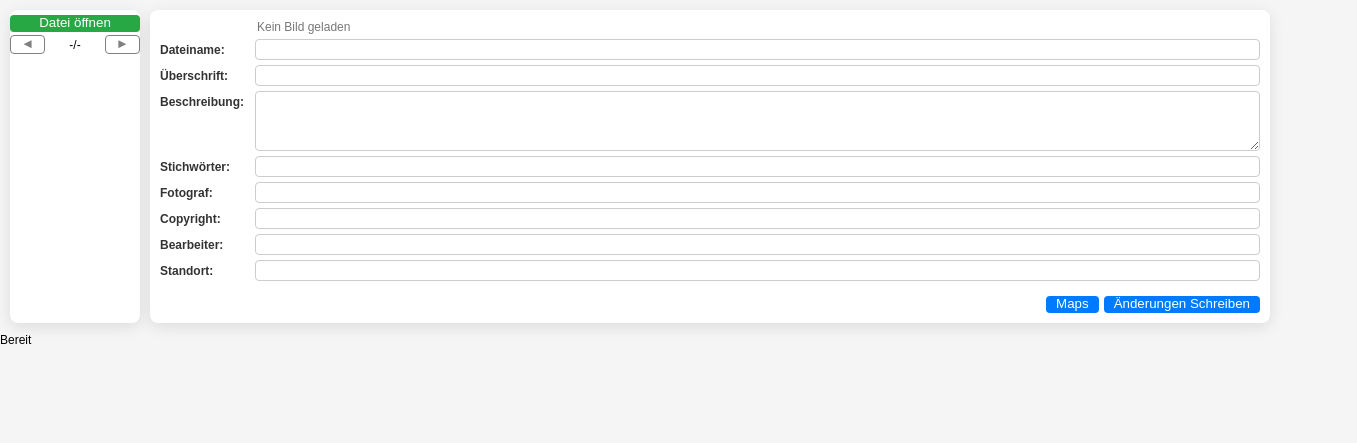
Repository: h-fahle/metadata
Page: ui/index.html
These files come from the project's save history. The page is drawn as it stood at one moment and after the next save; the edit follows.
The browser window is 1280 px wide. The page is 1357 px wide, so the pictures cover 1357 px, including what lies to the right of the window. The pictures show the whole page.

Above is the page before, as saved 2026-08-19 14:32:58.

After the next save:
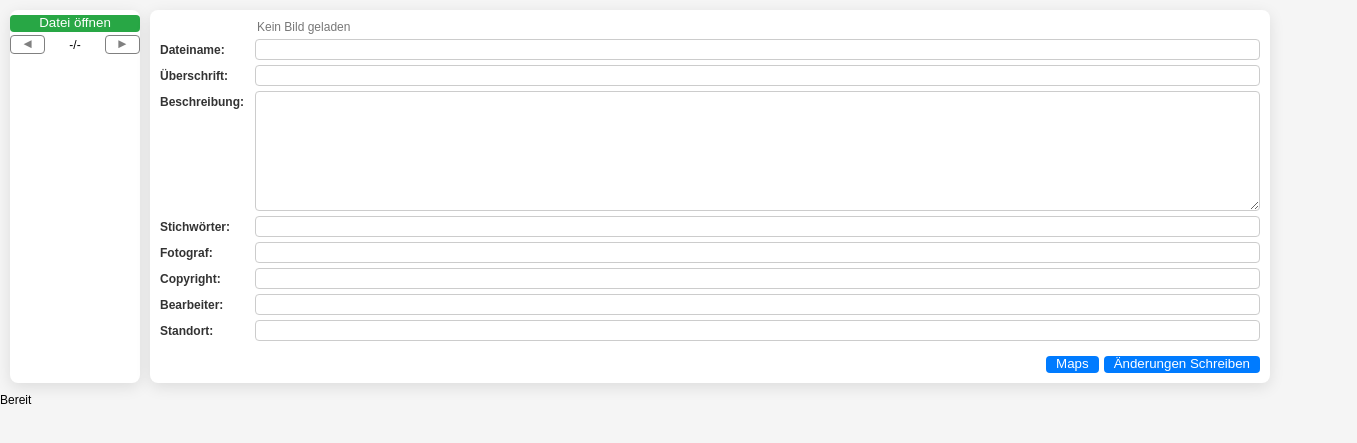
Saved 22 s later.
--- a/ui/style.css
+++ b/ui/style.css
@@ -175,7 +175,7 @@ textarea {
 
 textarea {
 	/* DIESE BEIDEN ZEILEN LÖSEN DAS LINUX-PROBLEM ENDGÜLTIG: */
-	height: 60px;
+	height: 120px;
 	-webkit-font-smoothing: antialiased
 }
 
